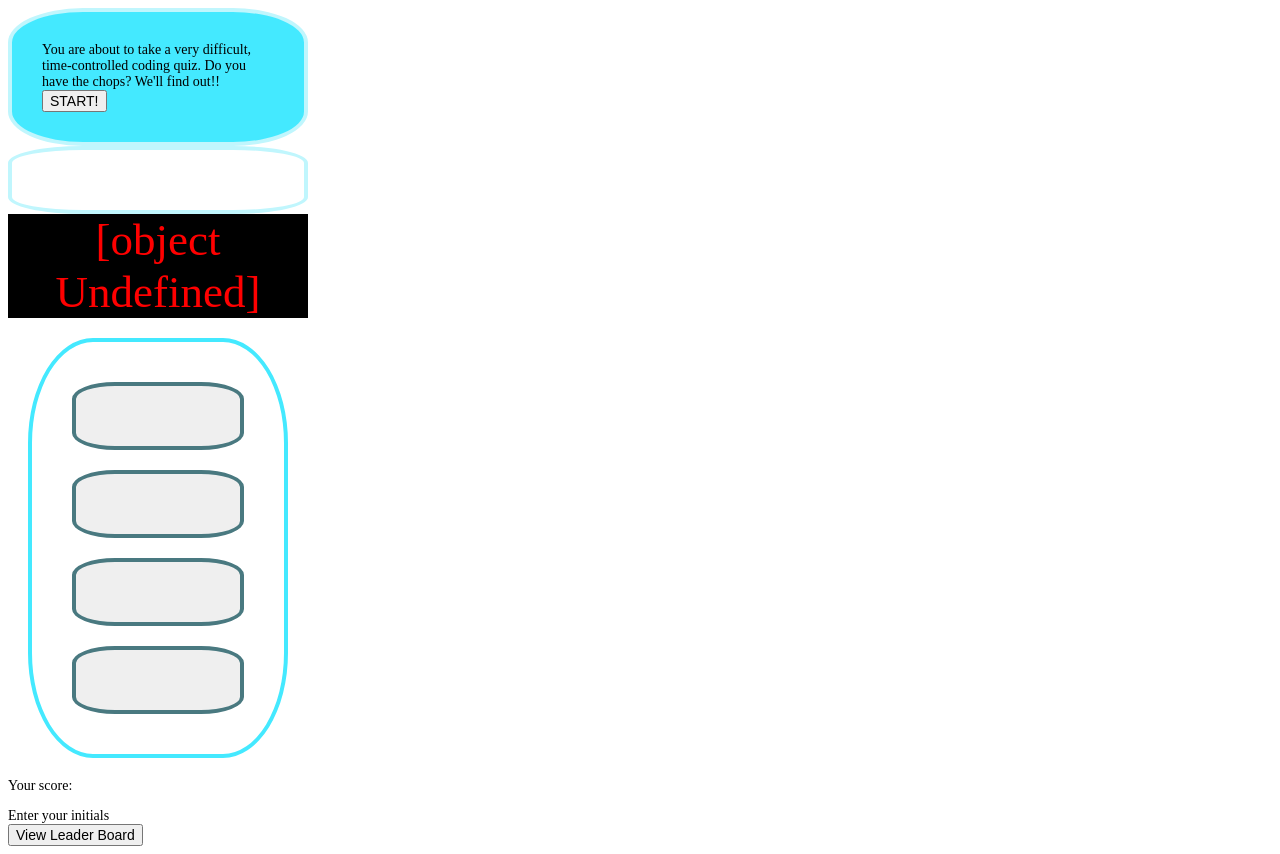
Repository: stuart-rickard/coding-quiz
Page: index.html
The author's editor kept a copy of each file at every save. The page is drawn from the files as they stood at one save, then again after the next save.
The browser window is 1280 px wide. The pictures show the whole page.
After loading, the first visible `#starter-button` was clicked once.

Above is the page before, as saved 2021-11-23 03:58:04.

### index.html
<!DOCTYPE html>
<html lang="en">

<head>
  <meta charset="UTF-8">
  <meta name="viewport" content="width=device-width, initial-scale=1.0">
  <meta http-equiv="X-UA-Compatible" content="ie=edge">
  <title>Coding Quiz</title>
  <link rel="stylesheet" href="./assets/css/style.css">
</head>

<body>
  <main>
    <div class="start">
      You are about to take a very difficult, time-controlled coding quiz.  Do you have the chops?  We'll find out!!
      <button id="starter-button">START!</button>
    </div>
    <div class="div-question-answerform">
      <div class="question">

      </div>
      <div id="timer">
        60.0
      </div>
      <form class="answer-form">
        <button class="answer-button" id="#answer-a"></button>
        <button class="answer-button" id="#answer-b"></button>
        <button class="answer-button" id="#answer-c"></button>
        <button class="answer-button" id="#answer-d"></button>
      </form>
    </div>
    <div class="test-done">
      <p>Your score:</p>
    </div>
    <div class="leaderboard-list">

    </div>
    <form>
      Enter your initials
    </form>
    </main>
  <footer>
    <button class="leaderboard-button">View Leader Board</button>
  </footer>

  <script src="./assets/js/script.js"></script>
</body>

</html>

### assets/css/style.css
:root {
  --primary: #44e9ff;
  --secondary: #497980;
  --tertiary: rgb(192, 246, 253);
  --grey: #333;


  --regular-line-width: 4px;

  --border-radius-regular: 25%;
}

* {
    box-sizing: border-box;
    font-size: 14px;
  }

main {
    width: 300px;
}

.start {
    background-color: var(--primary);
    border: var(--regular-line-width) solid var(--tertiary);
    border-radius: var(--border-radius-regular);
    padding: 30px;
}

.div-question-answerform {
    /* display: none; */
}

.question {
    border: var(--regular-line-width) solid var(--tertiary);
    border-radius: var(--border-radius-regular);
    padding: 30px;
}

#timer {
    background-color: black;
    font-style: "Monotron";
    font-size: 45px;
    color: red;
    text-align:center;
}

.answer-form {
    margin: 20px;
    border: var(--regular-line-width) solid var(--primary);
    border-radius: var(--border-radius-regular);
    padding: 30px;
    display: flex;
    flex-direction: column;
}

.answer-button {
    border: var(--regular-line-width) solid var(--secondary);
    border-radius: var(--border-radius-regular);
    padding: 30px;
    margin: 10px;
}

### assets/js/script.js
var startButton = document.getElementById('starter-button');
var timerDisplay = document.getElementById('timer');
const initialTime = 3.0;
var timer = initialTime;

/*
Variable for score
Variables for stopping different processes
*/



var timerCountdown = function(){
    debugger;
    // reduce timer variable by 0.1
    var decreaseTimerVariable = function() {
        timer = timer-0.1;
        console.log(timer);
        if (timer <= 0) {
            clearInterval(timerDecrement);
        }
        timerDisplay.innerHTML = toString(timer);
    };
    // call reduction of timer variable each one tenth of a second
    var timerDecrement = setInterval(decreaseTimerVariable,100);
};

var quizProcess = function() {
    //Begin clock
    timerCountdown();
    //console.log("click worked");
}






/*
get questions / answers
randomize them
*/


//Listen for start button: start upon click
console.log("click worked here");
startButton.addEventListener("click", quizProcess);


/*
    begin asking questions
	Check the clock frequently and end game when it expires
		End game is just taking the ability to answer away
	Check answers
		If correct, add to score and show green
		If incorrect, reduce time left and show red
    bring up next question .5 seconds
When game ends
	Offer ability to record high score
		Store and retrieve high scores
	Offer "play again?"
*/

After the next save:
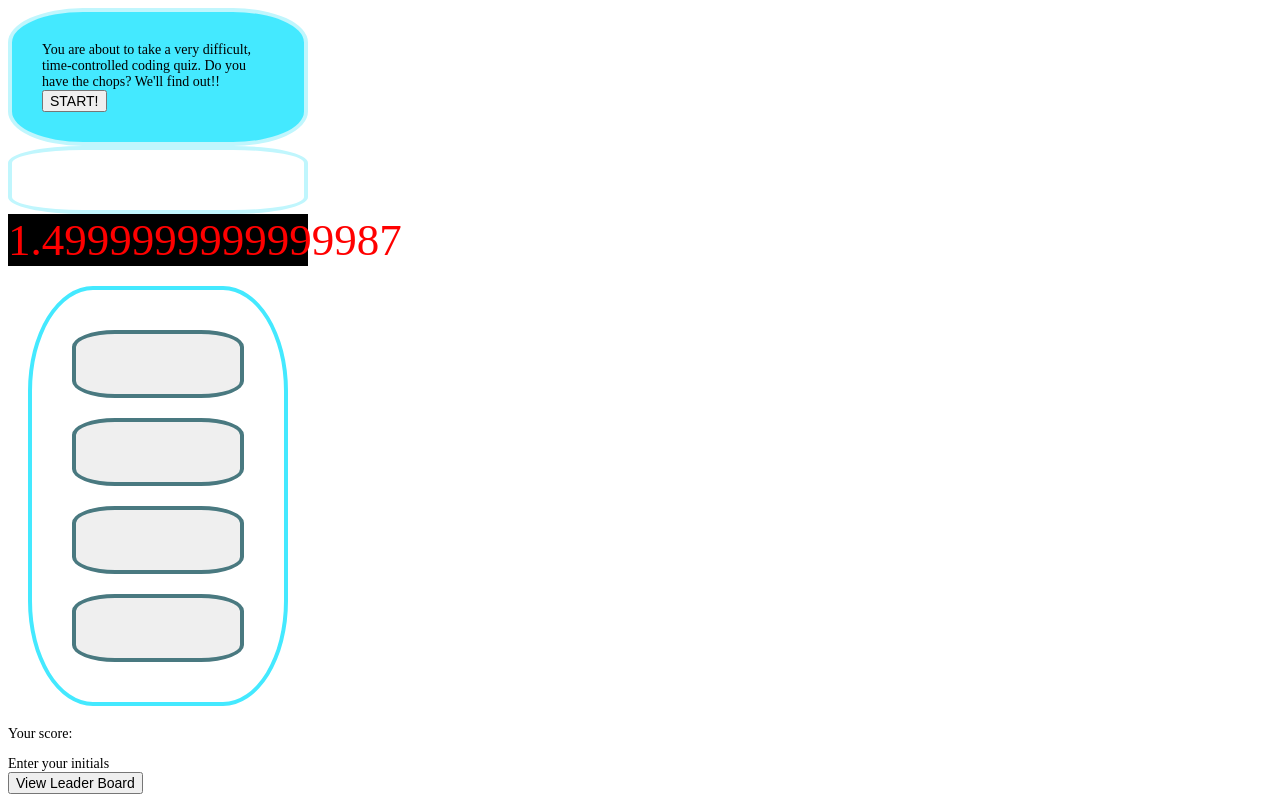
Saved 2 min 31 s later.
--- a/assets/js/script.js
+++ b/assets/js/script.js
@@ -16,10 +16,11 @@
     var decreaseTimerVariable = function() {
         timer = timer-0.1;
         console.log(timer);
+        var timerString = timer.toString();
         if (timer <= 0) {
             clearInterval(timerDecrement);
         }
-        timerDisplay.innerHTML = toString(timer);
+        timerDisplay.innerHTML = timerString;
     };
     // call reduction of timer variable each one tenth of a second
     var timerDecrement = setInterval(decreaseTimerVariable,100);
